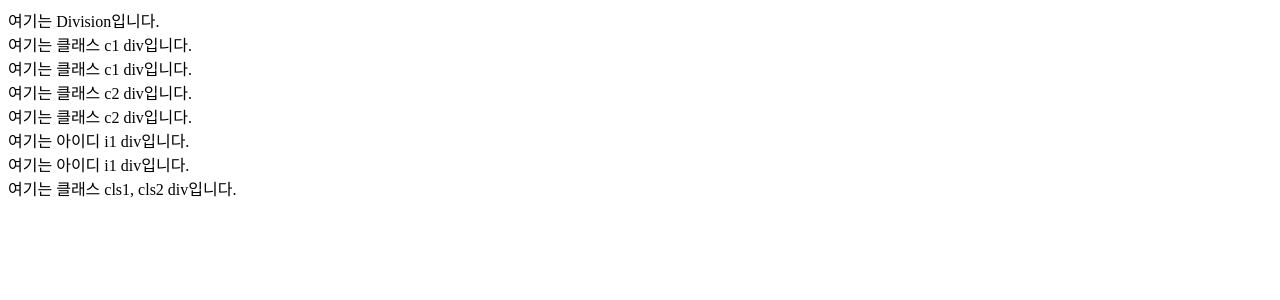
Repository: XenosJM/WEB_CODES
Page: Web02_CSS/src/main/webapp/03_selector.html
The author's editor kept a copy of each file at every save. The page is drawn from the files as they stood at one save, then again after the next save.
The browser window is 1280 px wide. The pictures show the whole page.

Above is the page before, as saved 2024-03-19 07:08:27.

After the next save:
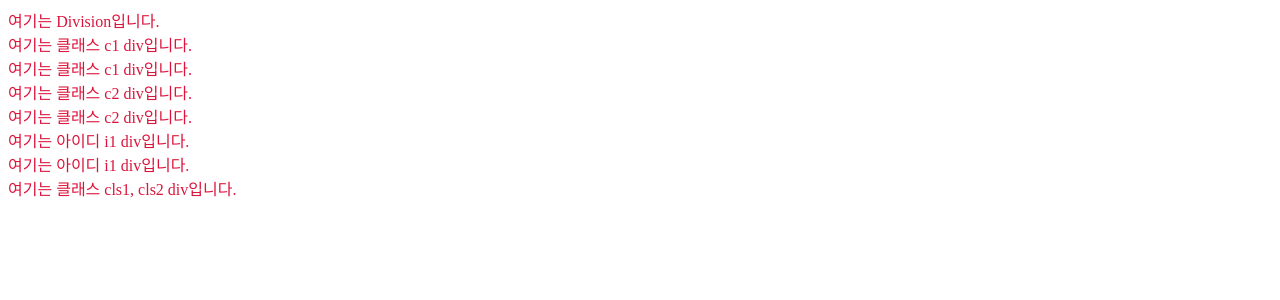
Saved 2 min 44 s later.
--- a/Web02_CSS/src/main/webapp/03_selector.html
+++ b/Web02_CSS/src/main/webapp/03_selector.html
@@ -6,6 +6,9 @@
 <style type="text/css">
 /* CSS 주석 */
 /* 1. 태그(tag) 선택자 */
+div {
+	color : crimson;
+}
 
 /* 2. 클래스 선택자 : .클래스이름 */
 
